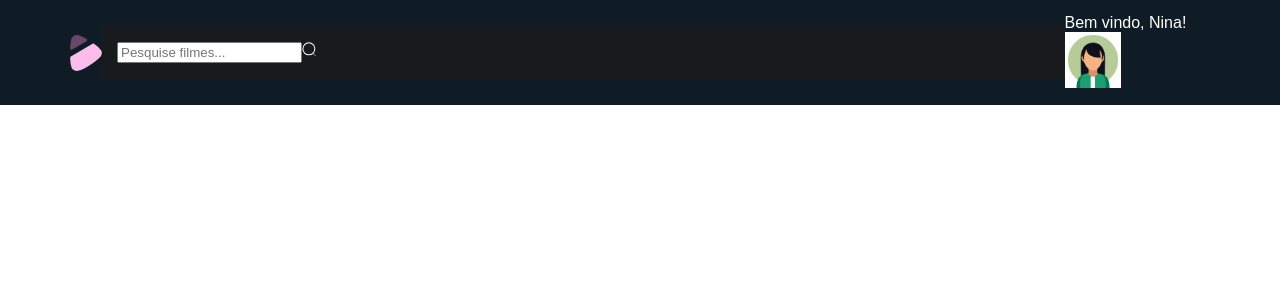
Repository: MilenaMelo/Cubos-Flix
Page: / (app in cubos-flix/)
These files come from the project's save history. The page is drawn as it stood at one moment and after the next save; the edit follows.
The browser window is 1280 px wide. The pictures show the whole page.
The project was rebuilt for these pictures with package versions that can differ from the ones it lists, and the page was loaded fresh each time.

Above is the page before, as saved 2021-06-19 12:51:04.

### cubos-flix/public/index.html
<!DOCTYPE html>
<html lang="en">
  <head>
    <meta charset="utf-8" />
    <link rel="icon" href="%PUBLIC_URL%/favicon.ico" />
    <meta name="viewport" content="width=device-width, initial-scale=1" />
    <meta name="theme-color" content="#000000" />
    <meta
      name="description"
      content="Web site created using create-react-app"
    />
    <link rel="apple-touch-icon" href="%PUBLIC_URL%/logo192.png" />
    <link rel="manifest" href="%PUBLIC_URL%/manifest.json" />
    <title>Cubos Flix</title>
  </head>
  <body>
    <noscript>You need to enable JavaScript to run this app.</noscript>
    <div id="root"></div>

  </body>
</html>

### cubos-flix/src/App.js
import './App.css';
import Navbar from './components/Navbar';

function App() {
  return (
    <div className="app">
      <header>
        <Navbar/>
      </header>
    </div>
  );
}

export default App;

### cubos-flix/src/App.css
* {
    margin: 0px;
    font-family: Manrope, sans-serif;
    color: white;
}

.app {
    background-color: #1d2226;
}

### cubos-flix/src/components/Navbar/index.js
import './style.css'
import logo from '../../assets/images/logo.svg'
import search_icon from '../../assets/images/search-icon.svg'
import profile_img from '../../assets/images/profile.jpg'


function Navbar() {
    return (
        <header className='navbar'>
            <img src={logo} alt="logo"/>
            <div className='search-container'>
                <input type="search" name="Pesquisa" id="input" placeholder="Pesquise filmes..." aria-live="polite"/>
                <img src={search_icon} alt="Input de pesquisa"/>
            </div>
            <div className='profile-container'>
                <span>Bem vindo, Nina!</span>
                <img className='profile-img' src={profile_img} alt="Foto de perfil"/>
            </div>
        </header>
    );
}

export default Navbar;

### cubos-flix/src/components/Navbar/style.css
.navbar {
    height: 105px;
    display: flex;
    align-items: center;
    justify-content: space-between;
    padding: 0px 70px;
    background-color: #0f1c26;
}

.search-container {
    width: 100%;
    padding: 16px 14px;
    outline: 0;
    background: #171b1e;
    border: 1px solid transparent;
}

.profile-img {
    height: 56px;
}

Loaded but not shown: cubos-flix/src/index.js (common file)

After the next save:
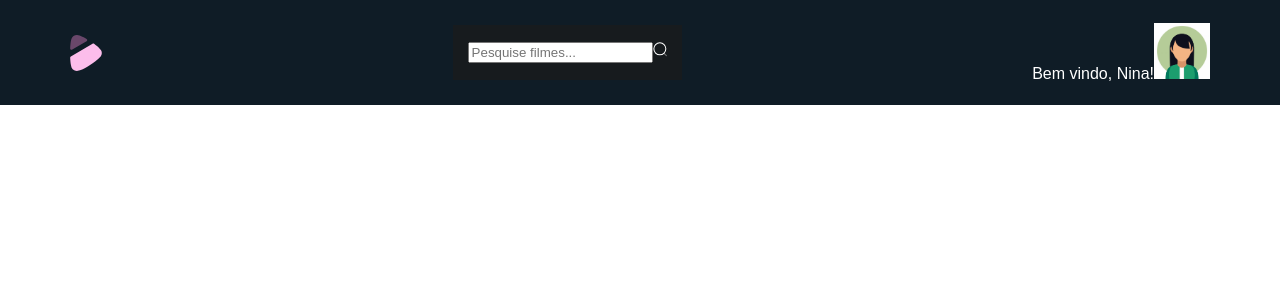
Saved 16 s later.
--- a/cubos-flix/src/components/Navbar/style.css
+++ b/cubos-flix/src/components/Navbar/style.css
@@ -8,7 +8,6 @@
 }
 
 .search-container {
-    width: 100%;
     padding: 16px 14px;
     outline: 0;
     background: #171b1e;
